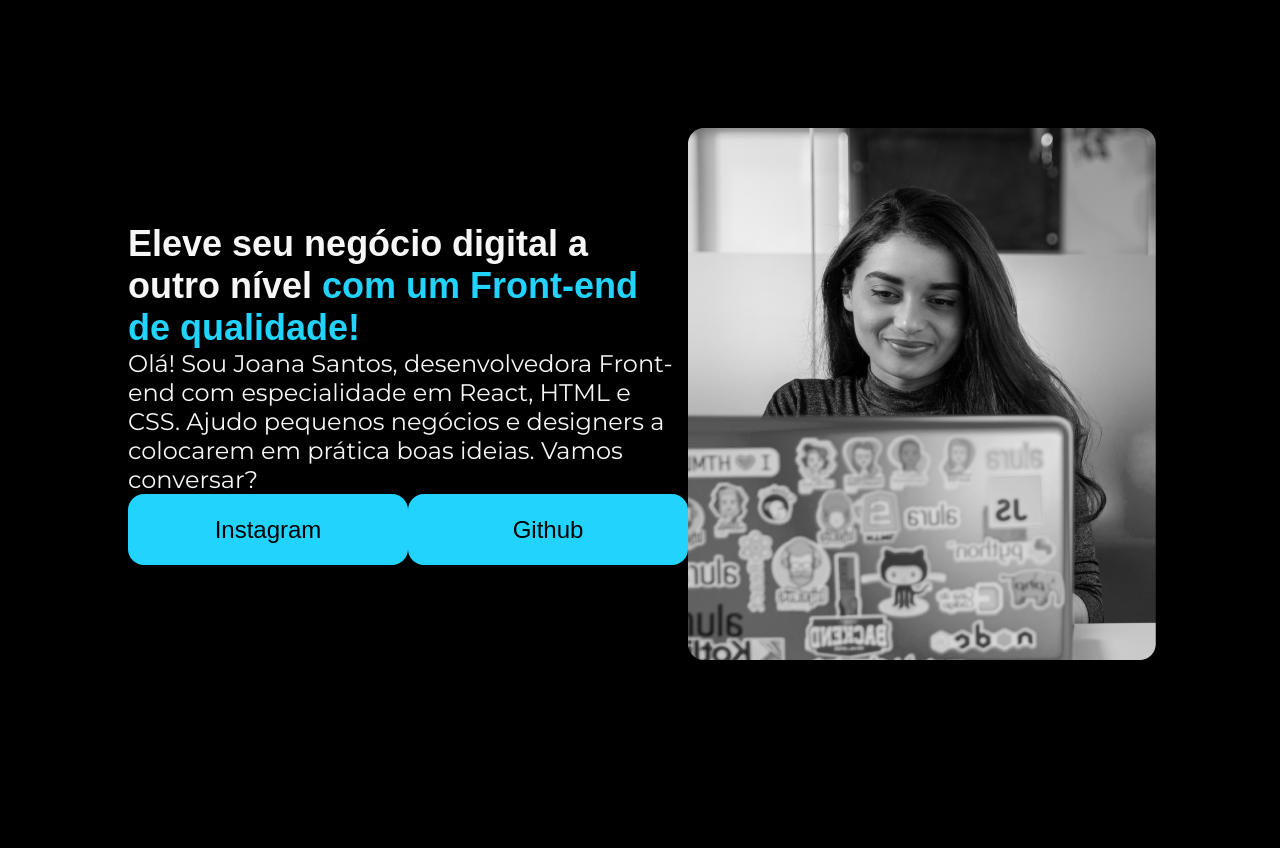
Repository: YoungAkira/CursoHtmlCss
Page: index.html
An editor plug-in stored every save of this project. The page is shown before and after the next save, followed by the edit.
The browser window is 1280 px wide. The pictures show the whole page.
Some web fonts or font styles are not loaded; a fallback is used.

Above is the page before, as saved 2023-05-13 12:37:55.

### index.html
<!DOCTYPE html>
<html lang="pt-br">
<head>
    <meta charset="UTF-8">
    <meta http-equiv="X-UA-Compatible" content="IE=edge">
    <meta name="viewport" content="width=device-width, initial-scale=1.0">
    <title>Portfolio</title>
    <link rel="stylesheet" href="style.css">
</head>
<body>
    <header></header>
    <main class="apresentacao">
            <section class="apresentacao_conteudo">
                 <h1 class="apresentacao_conteudo_titulo">Eleve seu
                    negócio digital a outro nível <strong
                    class="titulo-destaque">com um Front-end de qualidade!</strong></h1>

                    <p class="apresentacao_conteudo_texto"> Olá! Sou Joana Santos, desenvolvedora Front-end
                        com especialidade em React, HTML e CSS. Ajudo
                        pequenos negócios e designers a colocarem em
                        prática boas ideias. Vamos conversar?</p>


                    <div class="apresentacao_links">
                        <a class="apresentacao-links-link" href="instagram.com">Instagram</a>
                        <a class="apresentacao-links-link" href="www.google.com">Github</a>
                    </div>

            </section>
                    <img src="imagem.png" alt="Foto Joana Santos programando">
    </main>


    <footer></footer>


</body>
</html>

### style.css
 @import url('https://fonts.googleapis.com/css2?family=Krona+One&display=swap');
 @import url('https://fonts.googleapis.com/css2?family=Krona+One&family=Montserrat&family=Roboto:wght@100&display=swap');

*{
    margin: 0;
    padding: 0;
}


body {
    background-color: black;
    box-sizing: border-box;
    color: #F6F6F6;
    height: 100vh;
}


.titulo-destaque {
    color: #22D4FD;
}


.apresentacao{
    display: flex;
    align-items: center;
    justify-content: space-between;
    margin: 10%;
}


.apresentacao_conteudo{
    width: 615px;
}


.apresentacao_conteudo_titulo{
    font-size: 36px;
    font-family: 'Krona One',sans-serif;
}


.apresentacao_conteudo_texto{
    font-size: 24px;
    font-family: 'Montserrat',sans-serif;
}


.apresentacao_links{
    display: flex;
    justify-content: space-between;
}


.apresentacao-links-link{
    background-color: #22D4FD;
    width: 280px;
    text-align: center;
    border-radius: 16px;
    font-size: 24px;
    padding: 21.5px 0;
    text-decoration: none;
    color :black;
    font-family: 'Krona One',sans-serif;
}

After the next save:
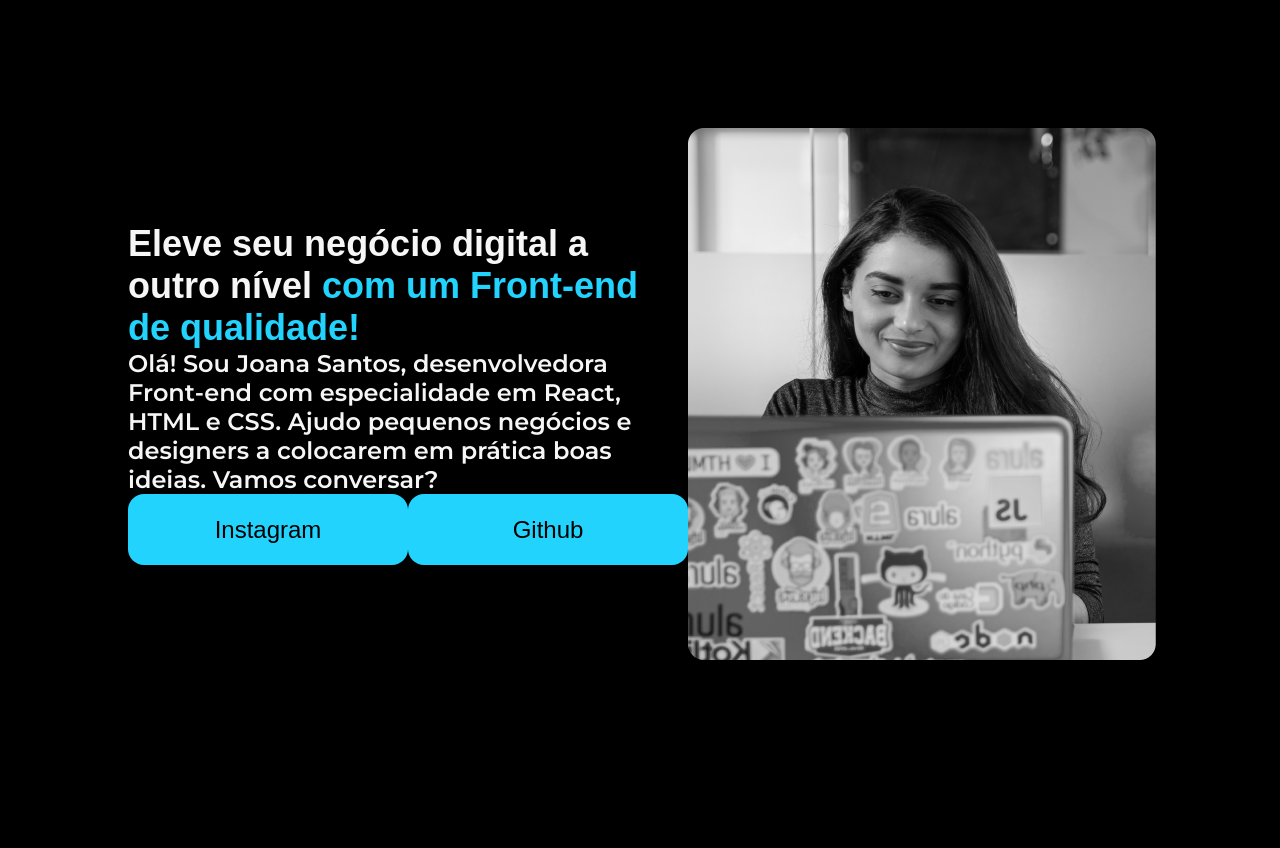
Saved 2 min 8 s later.
--- a/style.css
+++ b/style.css
@@ -1,5 +1,4 @@
- @import url('https://fonts.googleapis.com/css2?family=Krona+One&display=swap');
- @import url('https://fonts.googleapis.com/css2?family=Krona+One&family=Montserrat&family=Roboto:wght@100&display=swap');
+@import url('https://fonts.googleapis.com/css2?family=Krona+One&family=Montserrat:wght@600&display=swap');
 
 *{
     margin: 0;
